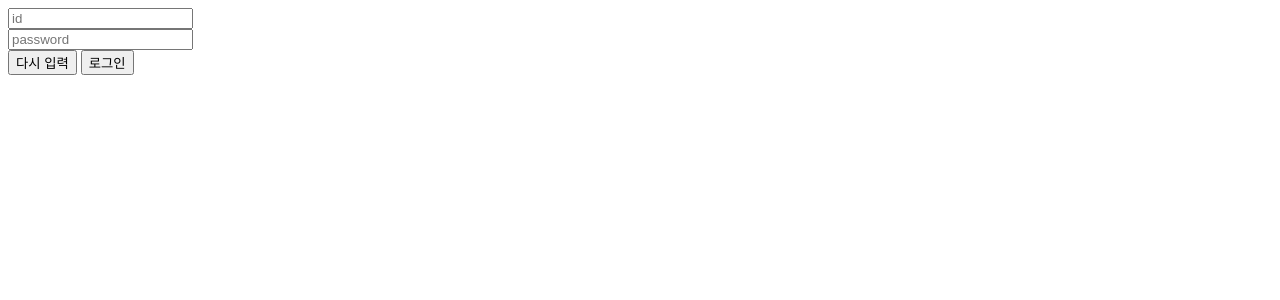
Repository: markahn02050/jsp_practice
Page: http://localhost/JSPBasic/jspObject/1.requests/req_login_form.jsp
These files come from the project's save history. The page is drawn as it stood at one moment and after the next save; the edit follows.
The browser window is 1280 px wide. The pictures show the whole page.
The page is served by Tomcat 9.

Above is the page before, as saved 2022-02-04 01:26:38.

After the next save:
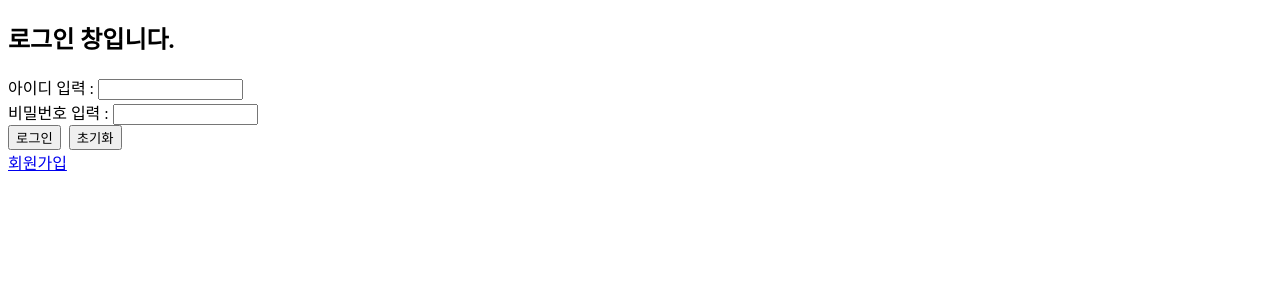
Saved 68 s later.
--- a/JSPBasic/src/main/webapp/jspObject/1.requests/req_login_form.jsp
+++ b/JSPBasic/src/main/webapp/jspObject/1.requests/req_login_form.jsp
@@ -4,16 +4,18 @@
 <html>
 <head>
 <meta charset="UTF-8">
-<title>Insert title here</title>
+<title>로그인 구현</title>
 </head>
 <body>
-	<form action="req_bmi_result.jsp" method="get">
-		<input type="text" name="id" placeholder="id" /><br/>
-		<input type="password" name="pw" placeholder="password" /><br/>
+<h2>로그인 창입니다.</h2>
 
-		<input type="reset" value = "다시 입력"/>
-		<input type="submit" value = "로그인"/>
-	</form>
+<form action="req_login_result.jsp" method="post">
+	아이디 입력 : <input type="text" name="id" size="15px" /><br/>
+	비밀번호 입력 : <input type="password" name="pw" size="15px" /><br/>
+	<input type="submit" value="로그인" />&nbsp;
+	<input  type="reset" value="초기화">
+</form>
+<a href="req_join_form.jsp">회원가입</a>
 
 </body>
 </html>
